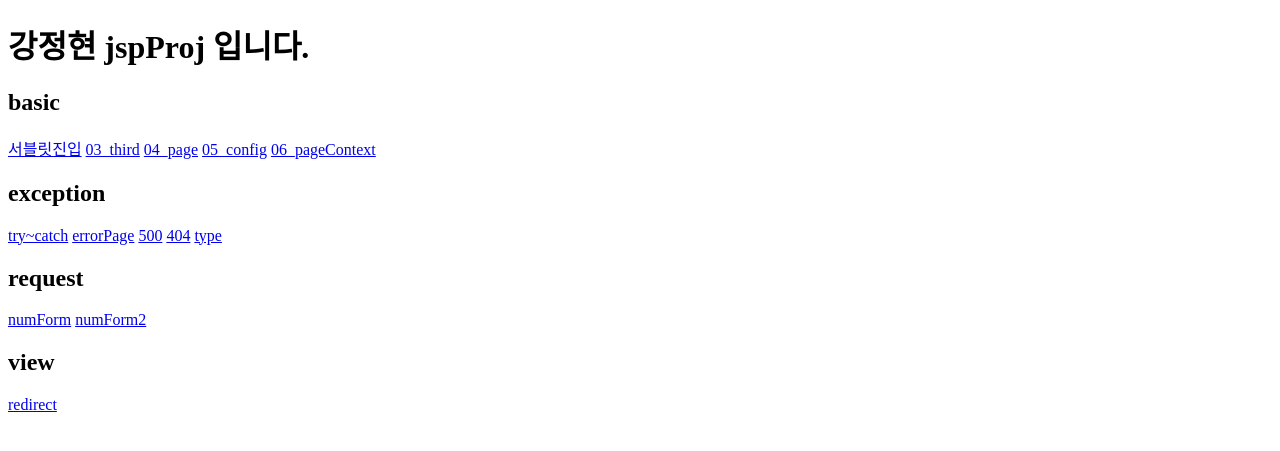
Repository: Jamikidu/newJsp
Page: http://localhost/jspProj/
An editor plug-in stored every save of this project. The page is shown before and after the next save, followed by the edit.
The browser window is 1280 px wide. The pictures show the whole page.
The page is served by Tomcat 9. Other server files are loaded and not shown.

Above is the page before, as saved 2023-08-02 01:20:23.

### jspProj/src/main/webapp/index.jsp
<%@ page language="java" contentType="text/html; charset=UTF-8"
    pageEncoding="UTF-8"%>
<!DOCTYPE html>
<html>
<head>
<meta charset="UTF-8">
<title>jspProj 입니다</title>
</head>
<body>
<h1>강정현 jspProj 입니다.</h1>
<h2>basic</h2>
<a href="basic/First">서블릿진입</a>
<a href="basic/03_third.jsp">03_third</a>
<a href="basic/04_page.jsp">04_page</a>
<a href="basic/05_config.jsp">05_config</a>
<a href="basic/06_pageContext.jsp">06_pageContext</a>
<h2>exception</h2>
<a href="err/aaa.jsp">try~catch</a>
<a href="err/bbb.jsp">errorPage</a>
<a href="err/ccc.jsp">500</a>
<a href="err/ddd.jsp">404</a>
<a href="err/eee.jsp">type</a>
<h2>request</h2>
<a href="request/numForm.jsp">numForm</a>
<a href="request/numForm2.jsp">numForm2</a>
<h2>view</h2>
<a href="redirect/a.jsp?nick=ccc">redirect</a>

</body>
</html>

After the next save:
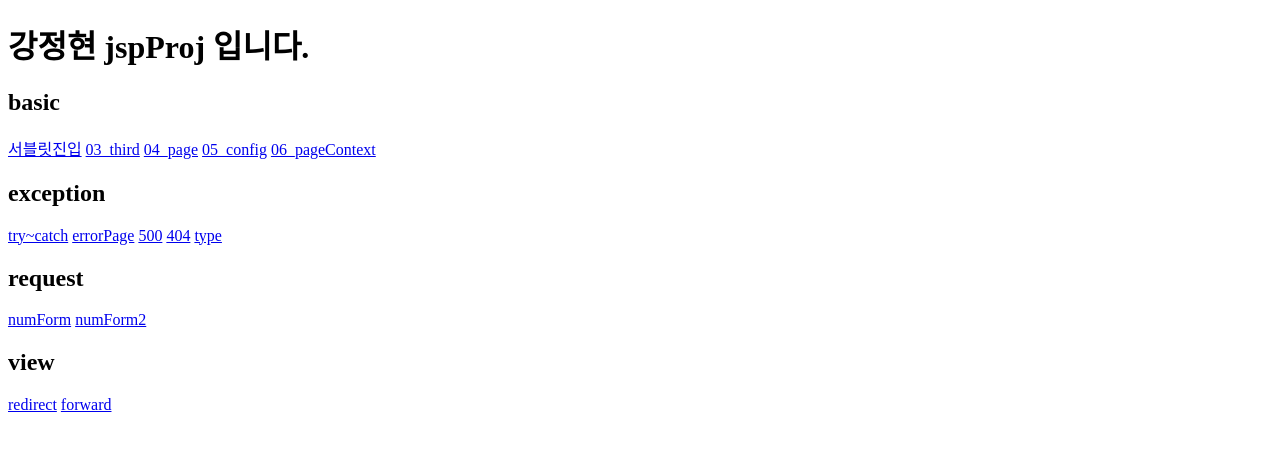
Saved 14 min 20 s later.
--- a/jspProj/src/main/webapp/index.jsp
+++ b/jspProj/src/main/webapp/index.jsp
@@ -25,6 +25,7 @@
 <a href="request/numForm2.jsp">numForm2</a>
 <h2>view</h2>
 <a href="redirect/a.jsp?nick=ccc">redirect</a>
+<a href="forward/a.jsp?nick=ccc">forward</a>
 
 </body>
 </html>
